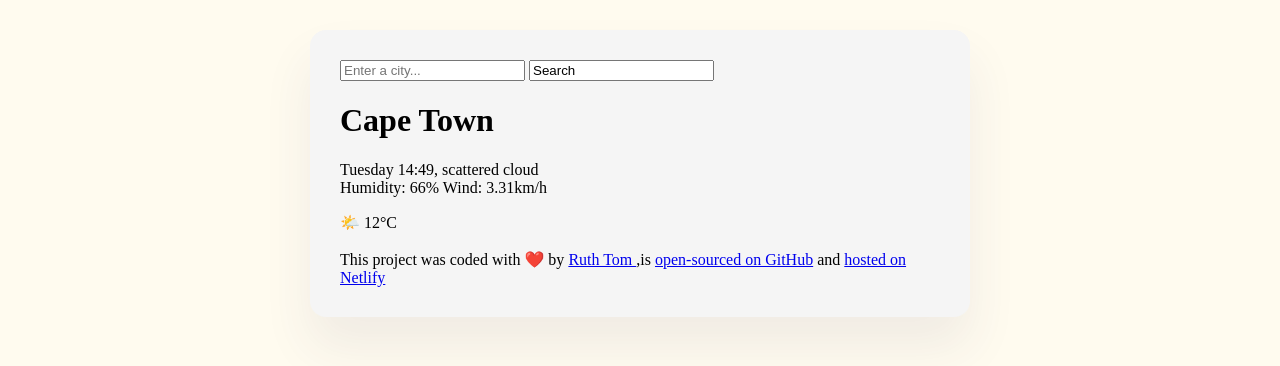
Repository: RuthTom711/Weatherly-App
Page: index.html
These files come from the project's save history. The page is drawn as it stood at one moment and after a run of saves; the edit follows.
The browser window is 1280 px wide. The pictures show the whole page.

Above is the page before, as saved 2025-11-10 23:27:17.

### index.html
<!DOCTYPE html>
<html lang="en">
  <head>
    <meta charset="UTF-8" />
    <meta name="viewport" content="width=device-width, initial-scale=1.0" />
    <link rel="preconnect" href="https://fonts.googleapis.com" />
    <link rel="preconnect" href="https://fonts.gstatic.com" crossorigin />
    <link
      href="https://fonts.googleapis.com/css2?family=Roboto+Mono:ital,wght@0,100..700;1,100..700&family=Roboto:ital,wght@0,100..900;1,100..900&family=Work+Sans:ital,wght@0,100..900;1,100..900&display=swap"
      rel="stylesheet"
    />
    <link rel="stylesheet" href="src/styles.css" />
    <title>Weatherly App</title>
  </head>
  <body>
    <div class="weather-app">
      <header>
        <form class="search-form">
          <input type="search" placeholder="Enter a city..." required class="search-form-input" />
          <input type="Subnit" value="Search" />
          <link rel="stylesheet" href="src/styles.css" class="search-form-button" />
        </form>
      </header>

      <main>
        <div>
          <h1>Cape Town</h1>
          <p>
            Tuesday 14:49, scattered cloud
            <br />
            Humidity: 66% Wind: 3.31km/h
          </p>
        </div>
        <div>🌤️ 12°C</div>
      </main>

      <br />
      <footer>
        This project was coded with ❤️ by
        <a href="https://github.com/RuthTom711" target="_blank"> Ruth Tom </a
        >,is
        <a href="https://github.com/RuthTom711/Weatherly-App" target="_blank">
          open-sourced on GitHub</a
        >
        and
        <a
          href="https://app.netlify.com/projects/ruth-weatherly-app/"
          target="_blank"
        >
          hosted on Netlify</a
        >
      </footer>
    </div>
  </body>
</html>

### src/styles.css
body {
    background-color: #fffbef;
}

.weather-app{
    background: whitesmoke;
    max-width: 600px;
    margin: 30px auto;
    padding: 30px;
    box-shadow: 0 30px 50px rgba(65,50,100,0.08);
    border-radius: 16px;

}
.search-form-input {
    background-color: #fffbef fbef;
}

After the next 2 saves:
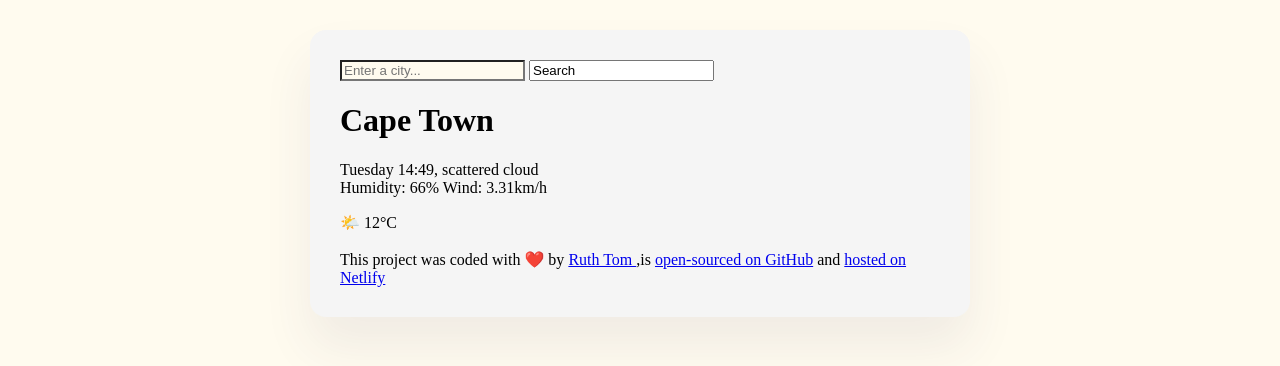
The 2 saves are shown as one change because they came seconds apart.
The last was saved 6 s later.
--- a/src/styles.css
+++ b/src/styles.css
@@ -12,5 +12,5 @@ body {
 
 }
 .search-form-input {
-    background-color: #fffbef fbef;
+    background-color: #fffbef;
 }
